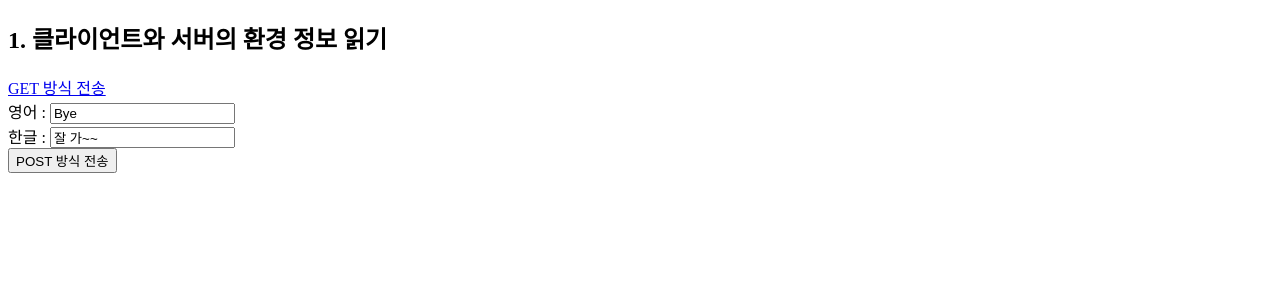
Repository: achul1026/jspStudy
Page: http://localhost/MustHaveJSP/02ImplicitObject/RequestMain.jsp
These files come from the project's save history. The page is drawn as it stood at one moment and after the next save; the edit follows.
The browser window is 1280 px wide. The pictures show the whole page.
The page is served by Tomcat 9. Other server files are loaded and not shown.

Above is the page before, as saved 2022-09-21 12:09:09.

### MustHaveJSP/src/main/webapp/02ImplicitObject/RequestMain.jsp
<%@ page language="java" contentType="text/html; charset=EUC-KR"
    pageEncoding="UTF-8"%>
<!DOCTYPE html>
<html>
<head>
<meta charset="UTF-8">
<title>내장 객체 - request</title>
</head>
<body>
	<h2>1. 클라이언트와 서버의 환경 정보 읽기</h2>
	<a href="./RequestWebInfo.jsp?eng=Hello&han=안녕">
		GET 방식 전송
	</a>
	<br>
	<form action="RequestWebInfo.jsp" method="post">
		영어 : <input type="text" name="eng" value="Bye">
		<br>
		한글 : <input type="text" name="han" value="잘 가~~">
		<br>
		<input type="submit" value="POST 방식 전송">
	</form>
</body>
</html>

After the next save:
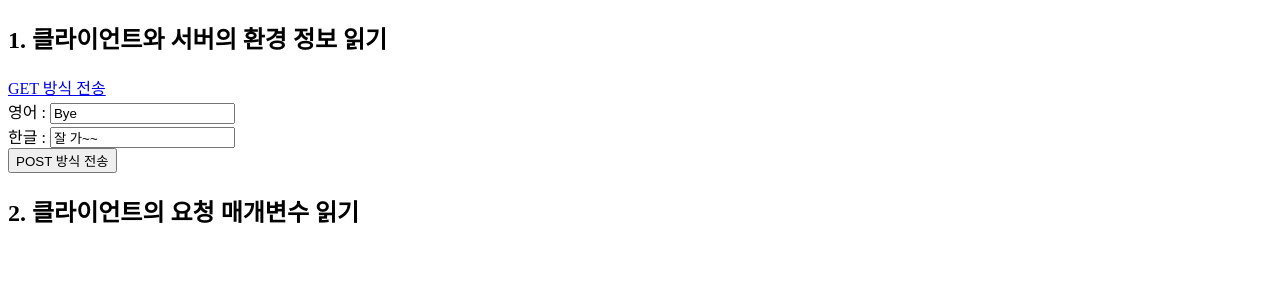
Saved 15 s later.
--- a/MustHaveJSP/src/main/webapp/02ImplicitObject/RequestMain.jsp
+++ b/MustHaveJSP/src/main/webapp/02ImplicitObject/RequestMain.jsp
@@ -19,5 +19,7 @@
 		<br>
 		<input type="submit" value="POST 방식 전송">
 	</form>
+
+	<h2>2. 클라이언트의 요청 매개변수 읽기</h2>
 </body>
 </html>
